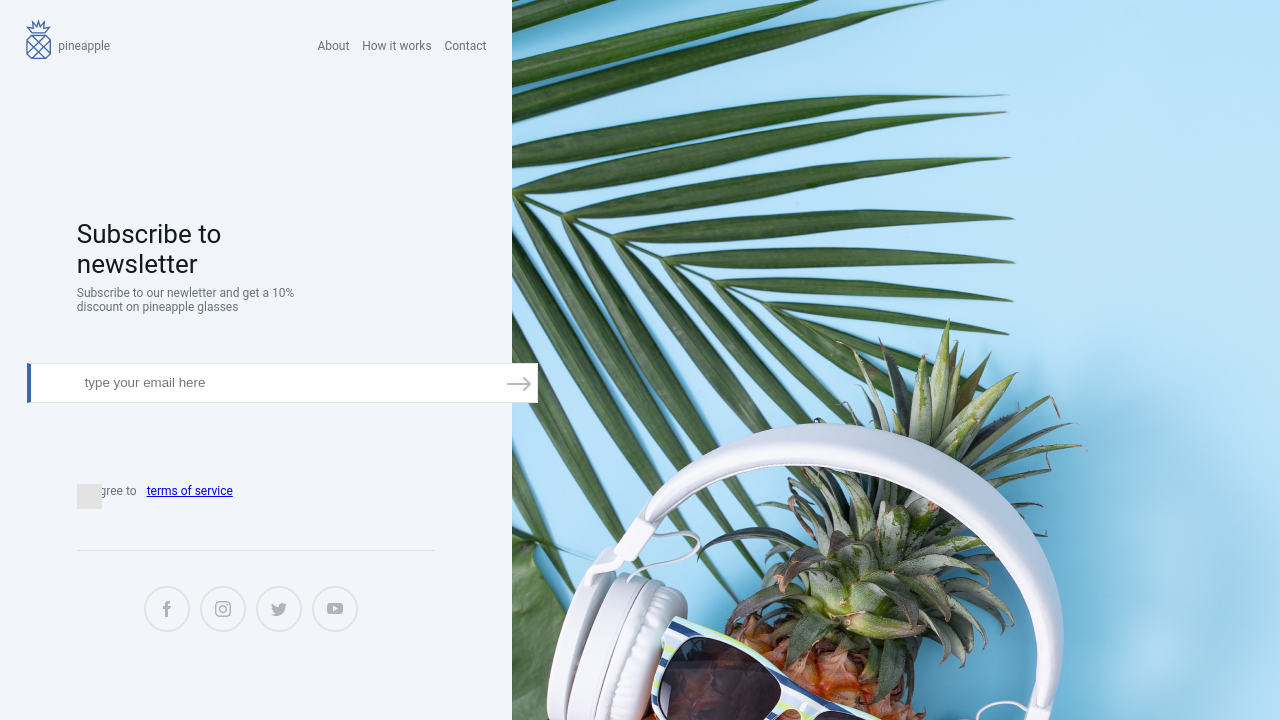
Repository: PaulsBebris/megabit-task
Page: /
These files come from the project's save history. The page is drawn as it stood at one moment and after the next save; the edit follows.
The browser window is 1280 px wide. The pictures show the whole page.
The project was rebuilt for these pictures with package versions that can differ from the ones it lists, and the page was loaded fresh each time.

Above is the page before, as saved 2021-04-19 16:51:13.

### src/App.vue
<template>
  <div id="app">
    <router-view/>
  </div>
</template>

<style lang="scss">
* {
  padding: 0;
  margin: 0;
  box-sizing: border-box;
}
@import "./assets/scss/defaults.scss";
@font-face {
  font-family: "Roboto";
  src: local("Roboto"), url(./assets/fonts/Roboto.ttf) format("truetype");
  src: url();
}
@font-face {
  font-family: "Roboto";
  src: local("Roboto-Thin"), url(./assets/fonts/Roboto-Thin.ttf) format("truetype");
  src: url();
}

#app {
  font-family: Roboto, Helvetica, Arial, sans-serif;
  -webkit-font-smoothing: antialiased;
  -moz-osx-font-smoothing: grayscale;
  color: $grey;
  overflow: hidden;
  font-size: $default-font-size;
}

</style>

### src/router/index.js
import Vue from 'vue'
import VueRouter from 'vue-router'
import Home from '../views/Home.vue'

Vue.use(VueRouter)

const routes = [
  {
    path: '/',
    name: 'Home',
    component: Home
  }
]

const router = new VueRouter({
  routes
})

export default router

// {
// path: '/about',
// name: 'About',
// route level code-splitting
// this generates a separate chunk (about.[hash].js) for this route
// which is lazy-loaded when the route is visited.
// component: () => import(/* webpackChunkName: "about" */ '../views/About.vue')
// }

### src/assets/scss/_defaults.scss
$blue: #4066A5;
$black: #131821;
$grey: #6A707B;
$light-grey: #E3E3E4;
$light-blue: #F2F5FA;

$default-font-size: 12px;
$header-font-size: 26px;

### src/views/Home.vue
<template>
  <div class="home">
    <div class="page-wrapper">
      <div class="header-wrapper">
        <div class="logo">
          <img src="../assets/img/pineapple.png" alt="pineapple">
          <span>pineapple</span>
        </div>
        <div class="main-menu">
          <div>About</div>
          <div>How it works</div>
          <div>Contact</div>
        </div>
      </div>
      <div class="content-wrapper">
        <div>Subscribe to newsletter</div>
        <p>Subscribe to our newletter and get a 10% discount on pineapple glasses</p>
      </div>
      <div class="subscribe-form-wrapper">
        <input type="text" placeholder="type your email here" @click="onSubscribe" v-model="email" >
        <div class="submit-button">
          <span>
            <img src="../assets/img/ic_arrow.svg" alt="arrow">
          </span>
        </div>
      </div>
      <div class="terms-of-use">
        <div class="checkbox-wrapper">
          <input type="checkbox" checked="checked" name="agreedOnTerms" id="">
          <span class="custom-checkbox"></span>
        </div>

        <span>I agree to</span>
        <a href="#">terms of service</a>
      </div>
      <div class="separator">
        <div class="separator-line"></div>
      </div>
      <div class="social-wrapper">
        <div class="icons-wraper">
          <img src="../assets/img/Facebook.png" alt="facebook">
          <img src="../assets/img/Instagram.png" alt="instagram">
          <img src="../assets/img/Twitter.png" alt="twitter">
          <img src="../assets/img/Youtube.png" alt="youtube">
        </div>
      </div>
    </div>
    <div class="base-image">
      <img :src=sommer alt="">
    </div>
  </div>
</template>

<script>
import sommer from '@/assets/img/sommer.png'

export default {
  name: 'Home',
  components: {},
  data () {
    return {
      sommer,
      email: ''
    }
  },
  methods: {
    onSubscribe () {
      // axios send data
    }
  }
}
</script>

<style lang="scss" scoped>
@import "../assets/scss/defaults.scss";
.home {
  display: flex;
  width: 680px;
  height: 100vh;
  // color: $blue;
  // overflow: hidden;
}
.page-wrapper {
  width: 40vw;
  height: 1080px;
  background-color: $light-blue;
}
.base-image {
  width: 60vw;
}
.base-image img {
  max-height: 1080px;
}
.header-wrapper {
  display: flex;
  justify-content: space-between;
  margin: 5% 0 30% 0;
  align-items: center;
}
.logo {
  margin-left: 5%;
  display: flex;
  align-items: center;
}
.logo img {
  margin-right: 10%;
  position: relative;
  top: -7px;
}
.main-menu {
  margin-right: 5%;
  display: flex;
  justify-content: space-between;
  width: 33%;
}
.content-wrapper {
  padding-left: 15%;
  padding-right: 38%;
}
.content-wrapper :first-child {
  margin-bottom: 3%;
  font-size: $header-font-size;
  color: $black;
}
.content-wrapper p {
  margin-bottom: 20%;
}
.subscribe-form-wrapper {
  display: flex;
  justify-content: right;
  width: 42vw;
  margin-bottom: 16%;
}
.subscribe-form-wrapper input {
  border: none;
  border-left: 4px solid $blue;
  padding-left: 10%;
  margin-left: 5%;
  height: 40px;
  z-index: 2;
  width: 90%;
  border-top: 1px solid $light-grey;
  border-bottom: 1px solid $light-grey;
}
.submit-button {
  z-index: 2;
  width: 38px;
  background-color: #fff;
  border-top: 1px solid $light-grey;
  border-right: 1px solid $light-grey;
  border-bottom: 1px solid $light-grey;
  height: 40px;
}
.submit-button {
  display: flex;
  justify-content: center;
  align-items: center;
}
.submit-button span {
  margin-top: 5px;
}
.terms-of-use {
  display: flex;
  margin-left: 15%;
}
.checkbox-wrapper {
  display: block;
  position: relative;
  cursor: pointer;
  -webkit-user-select: none;
  -moz-user-select: none;
  -ms-user-select: none;
  user-select: none;
}
.checkbox-wrapper input {
  position: absolute;
  opacity: 0;
  cursor: pointer;
  height: 0;
  width: 0;
}
.custom-checkbox {
  position: absolute;
  top: 0;
  left: 0;
  height: 25px;
  width: 25px;
  background-color: $blue;
}
.checkbox-wrapper:hover input ~ .custom-checkbox {
  background-color: $grey;
}
.checkbox-wrapper input:checked ~ .custom-checkbox {
  background-color: $light-grey;
}
.terms-of-use > * {
  margin-right: 10px;
}
.separator {
  margin-top: 10%;
}
.separator-line {
  border-bottom: 1px solid $light-grey;
  margin: 0 15% 0 15%;
}
.social-wrapper {
  display: flex;
  // align-items: center;
  justify-content: center;
  margin-top: 7%;
}
.icons-wraper > *{
  padding-right: 10px;
}
// mobile
@media screen and (max-width: 1024px) {
  .base-image {
    display: none;
  }
  .page-wrapper {
    width: 100vw;
    background-image: url('../assets/img/sommer.png');
    background-repeat: no-repeat;
    background-position: center;
    background-attachment: fixed;
    background-size: cover;
    max-height: 746px;
  }
}
</style>

Loaded but not shown: public/index.html (common file); src/main.js (common file); src/store/index.js (common file)

After the next save:
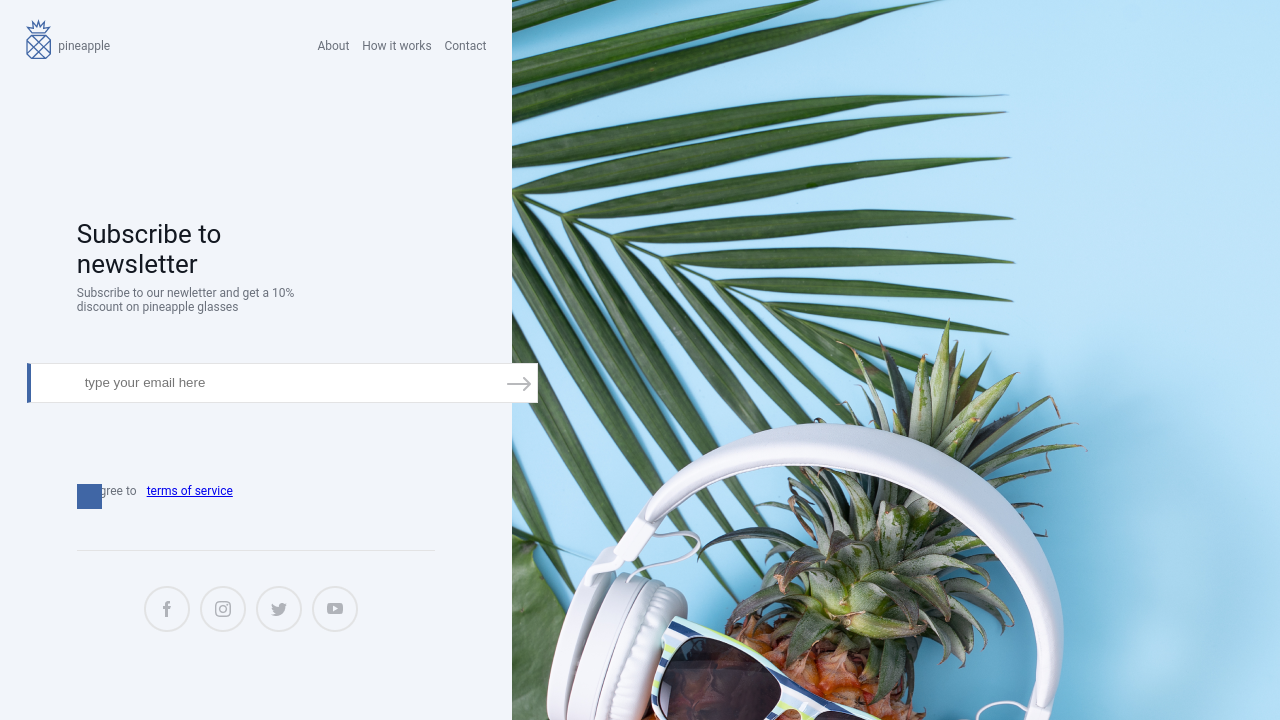
Saved 73 s later.
--- a/src/views/Home.vue
+++ b/src/views/Home.vue
@@ -190,9 +190,9 @@
 .checkbox-wrapper:hover input ~ .custom-checkbox {
   background-color: $grey;
 }
-.checkbox-wrapper input:checked ~ .custom-checkbox {
-  background-color: $light-grey;
-}
+// .checkbox-wrapper input:checked ~ .custom-checkbox {
+//   background-color: $light-grey;
+// }
 .terms-of-use > * {
   margin-right: 10px;
 }

After the save that followed:
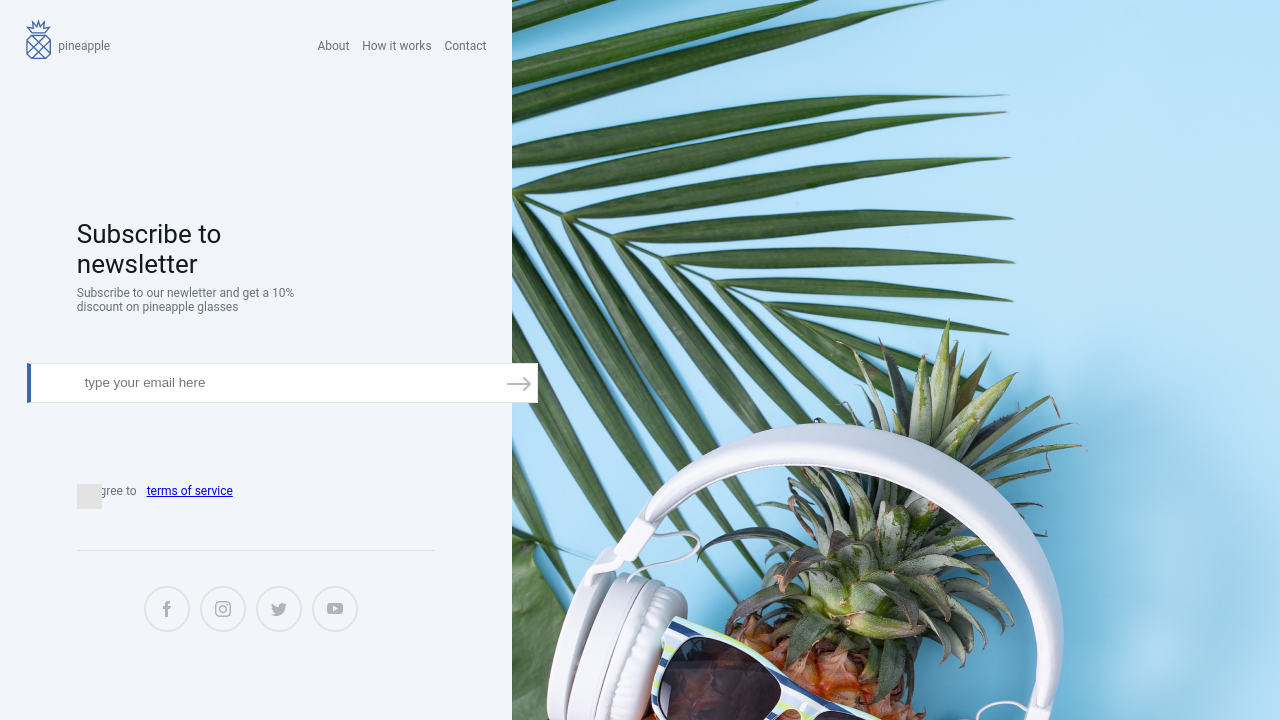
Saved 2 min 9 s later.
--- a/src/views/Home.vue
+++ b/src/views/Home.vue
@@ -190,9 +190,17 @@
 .checkbox-wrapper:hover input ~ .custom-checkbox {
   background-color: $grey;
 }
-// .checkbox-wrapper input:checked ~ .custom-checkbox {
-//   background-color: $light-grey;
-// }
+.checkbox-wrapper input:checked ~ .custom-checkbox {
+  background-color: $light-grey;
+}
+.custom-checkbox::after {
+  content: "";
+  position: absolute;
+  display: none;
+}
+.checkbox-wrapper input:checked ~ .custom-checkbox:after {
+  display: block;
+}
 .terms-of-use > * {
   margin-right: 10px;
 }
